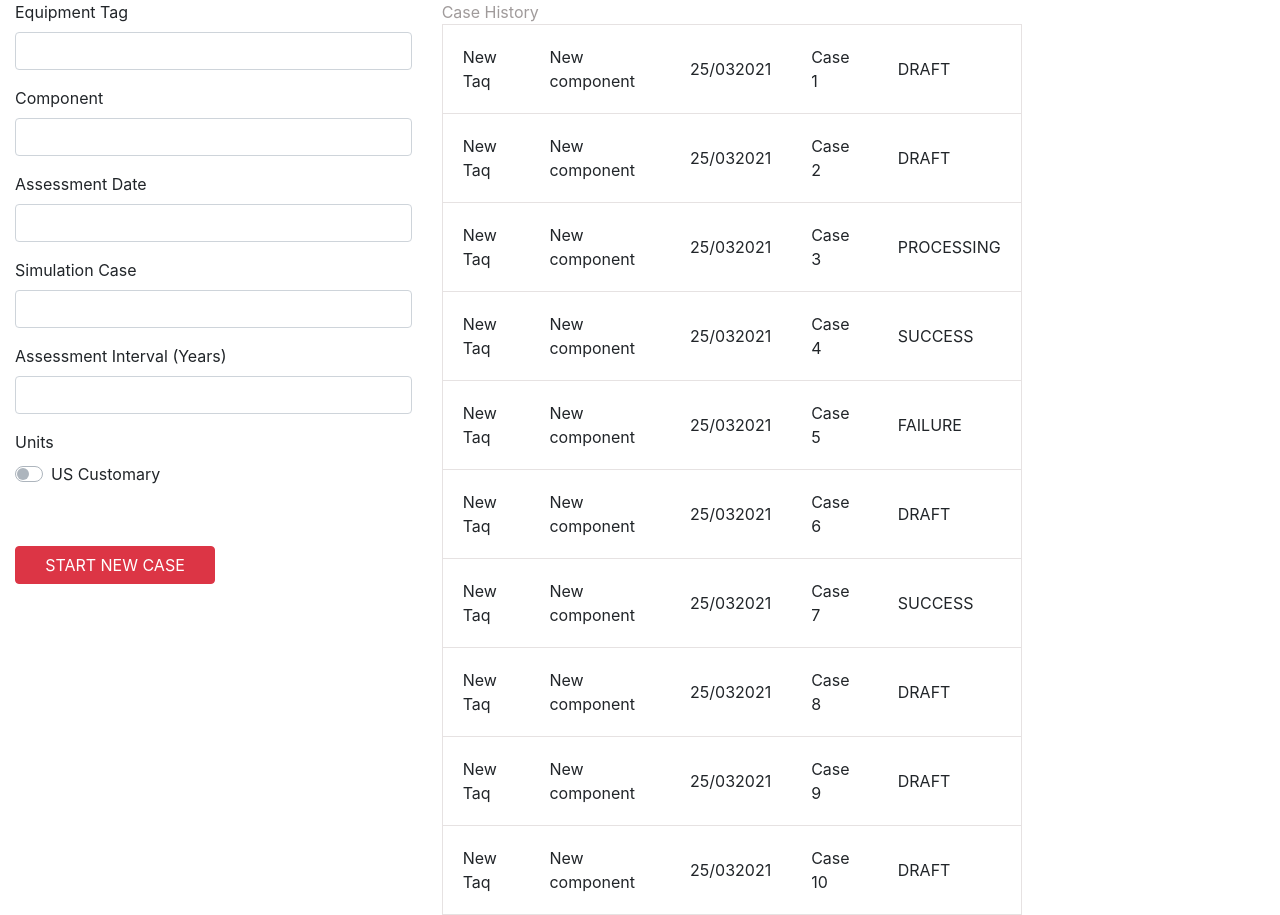
Repository: arif286/dashboard
Page: /
An editor plug-in stored every save of this project. The page is shown before and after the next save, followed by the edit.
The browser window is 1280 px wide. The pictures show the whole page.
An inner scrolling area shows only its first screen. The project was rebuilt for these pictures with package versions that can differ from the ones it lists, and the page was loaded fresh each time. The framework's server and built-in components were replaced by stand-ins that run in the browser. Also part of the build but not shown: nuxt.config.js, components/Nav.vue.

Above is the page before, as saved 2021-06-18 19:15:08.

After the next save:
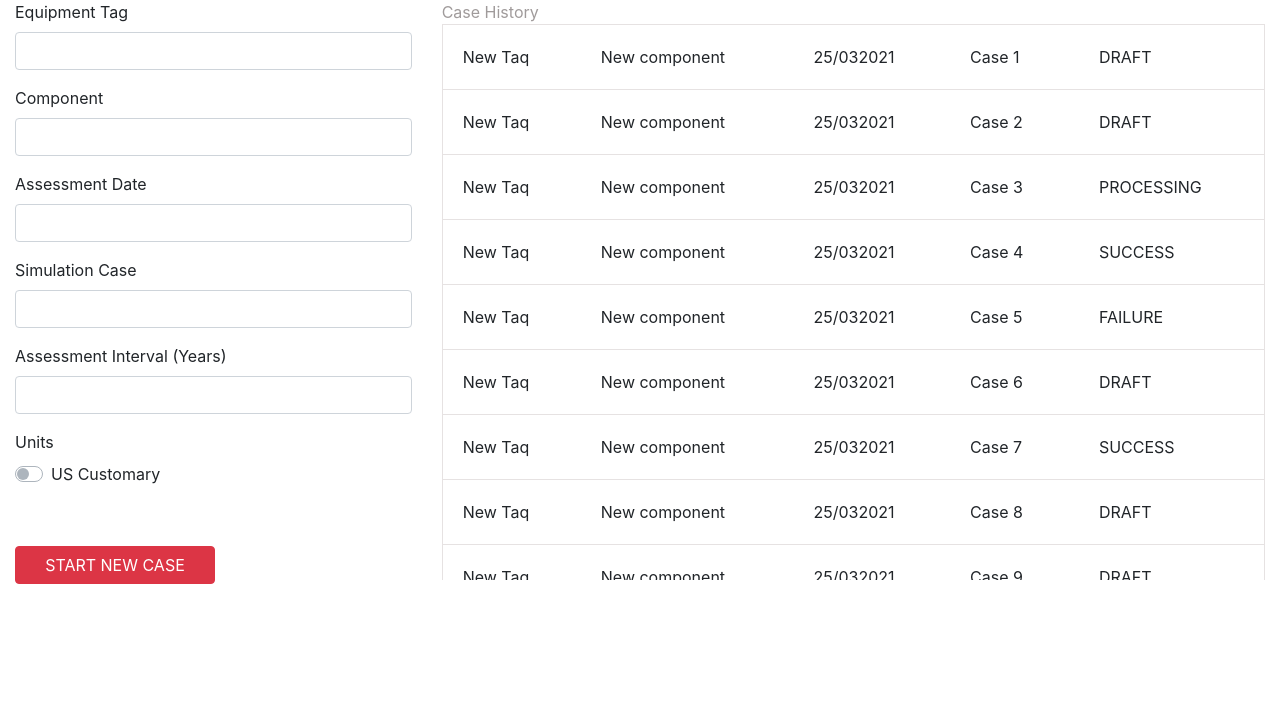
Saved 17 s later.
--- a/components/Table.vue
+++ b/components/Table.vue
@@ -59,7 +59,7 @@ export default {
   color: #a09b9b;
 }
 .table-contain {
-  width: 580px;
+  height: 580px;
   overflow-y: scroll;
 }
 </style>
